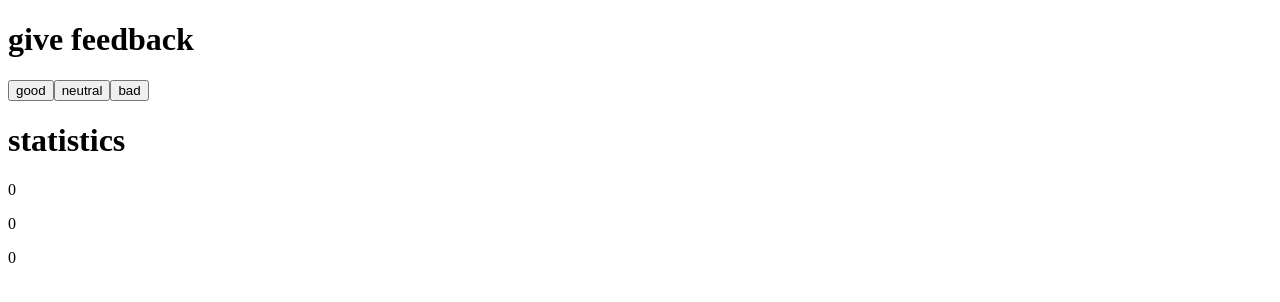
Repository: mariocapitbrok/helsinki-fullstack
Page: / (app in part1/unicafe/)
These files come from the project's save history. The page is drawn as it stood at one moment and after the next save; the edit follows.
The browser window is 1280 px wide. The pictures show the whole page.
The project was rebuilt for these pictures with package versions that can differ from the ones it lists, and the page was loaded fresh each time.

Above is the page before, as saved 2022-01-09 06:48:12.

### part1/unicafe/src/App.js
import React, { useState } from 'react'

const Display = ({ value }) => <p>{value}</p>

const Button = ({ onClick, text }) => <button onClick={onClick}>{text}</button>

const App = () => {
  const [good, setGood] = useState(0)
  const [neutral, setNeutral] = useState(0)
  const [bad, setBad] = useState(0)

  return (
    <div>
      <h1>give feedback</h1>
      <Button onClick={() => setGood(good + 1)} text="good" />
      <Button onClick={() => setNeutral(neutral + 1)} text="neutral" />
      <Button onClick={() => setBad(bad + 1)} text="bad" />
      <h1>statistics</h1>
      <Display value={good} />
      <Display value={neutral} />
      <Display value={bad} />
    </div>
  )
}

export default App

Loaded but not shown: part1/unicafe/public/index.html (common file); part1/unicafe/src/index.js (common file)

After the next save:
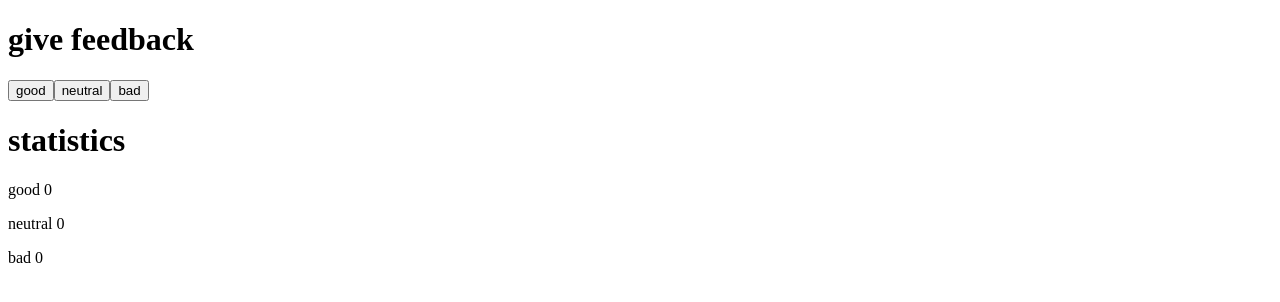
Saved 2 min 15 s later.
--- a/part1/unicafe/src/App.js
+++ b/part1/unicafe/src/App.js
@@ -1,6 +1,10 @@
 import React, { useState } from 'react'
 
-const Display = ({ value }) => <p>{value}</p>
+const Display = ({ title, value }) => (
+  <p>
+    {title} {value}
+  </p>
+)
 
 const Button = ({ onClick, text }) => <button onClick={onClick}>{text}</button>
 
@@ -16,9 +20,9 @@ const App = () => {
       <Button onClick={() => setNeutral(neutral + 1)} text="neutral" />
       <Button onClick={() => setBad(bad + 1)} text="bad" />
       <h1>statistics</h1>
-      <Display value={good} />
-      <Display value={neutral} />
-      <Display value={bad} />
+      <Display title="good" value={good} />
+      <Display title="neutral" value={neutral} />
+      <Display title="bad" value={bad} />
     </div>
   )
 }
